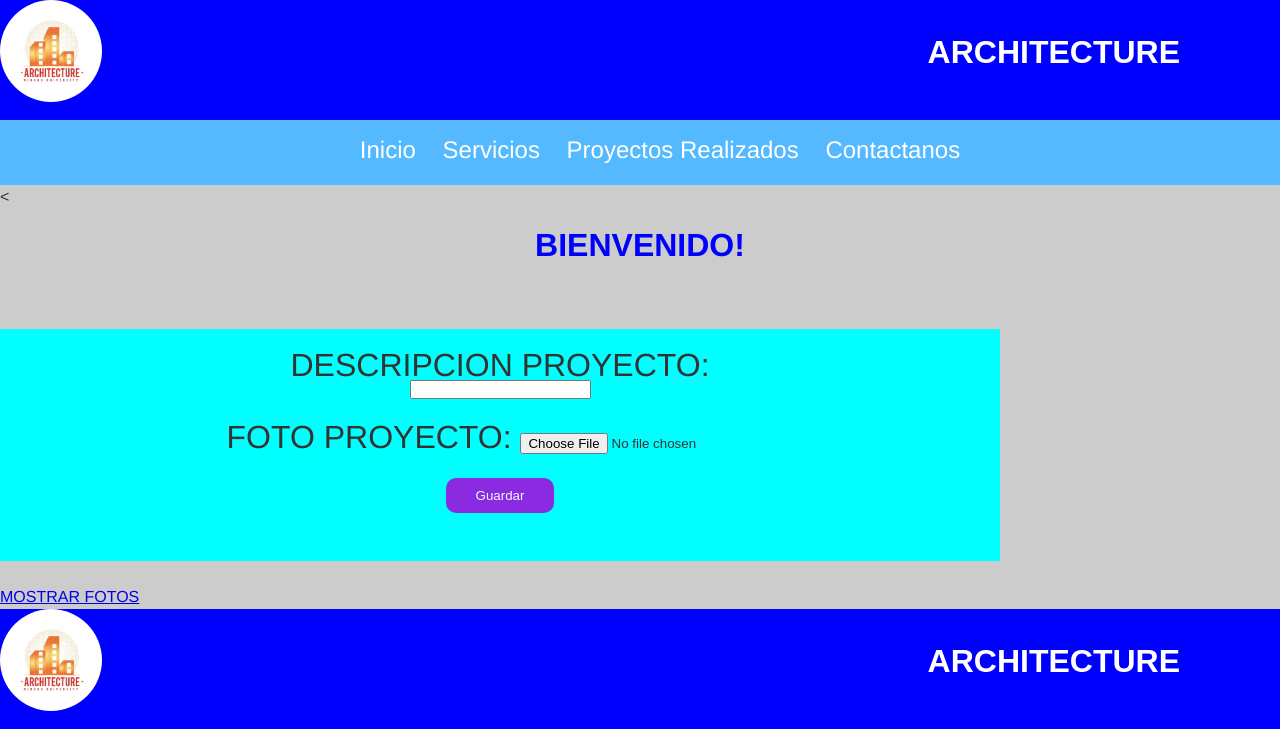
Repository: gabrielestrella18/htdocs
Page: http://localhost/arquitectos/control.php
The author's editor kept a copy of each file at every save. The page is drawn from the files as they stood at one save, then again after the next save.
The browser window is 1280 px wide. The pictures show the whole page.
The page is run by PHP 8.4 with error messages shown; the project is at /var/www/html/.

Above is the page before, as saved 2023-12-11 00:48:24.

### arquitectos/control.php
<!DOCTYPE html>
<html lang="en">
  <head>
    <title></title>
    <meta charset="UTF-8">
    <meta name="viewport" content="width=device-width, initial-scale=1">
    <link href="estilo.css" rel="stylesheet">
  </head>
  <body>

<?php

include  "arriba.php"
?>

<?php
include "menu.php"
?>
<
<br><br>

<h5>BIENVENIDO!</h5>
<br><br><br>
<div class="ancho">
      <Form  id="form1" name="form1" method="post" action="recibir.php" enctype="multipart/form-data">

        <br>
        <P>DESCRIPCION PROYECTO: </P>
<div>
  <input type="text" name="descripcion" id="descripcion" required />
  <br><br>
</div>

<p>FOTO PROYECTO: <input type="file" name="imagen"/> </p>
<br>

<div>
<button type="submit" name="guardato" id="guardato">Guardar</button>

</div>

<br><br>

      </Form>
      </div>
      <br>
<div class="alinear" >
  <a href="mostrar-solo-datos.php" id="mostrar">MOSTRAR FOTOS</a>
</div>


    </div>


<?php
include "abajo.php"
?>


  </body>
</html>

### arquitectos/arriba.php
<div class="azul">
  <img  class="lg"src="imagenes/arch.jpg" alt="">

  <h1>ARCHITECTURE</h1>
</div>

### arquitectos/menu.php
<div class="menu">
<div class="menuOpciones">
            <a href="index.php">Inicio</a>
            <a href="servicios.php">Servicios</a>
            <a href="proyectos.php">Proyectos Realizados</a>
            <a href="contactos.php">Contactanos</a>
            </div>

</div>

### arquitectos/abajo.php

<div class="azul">
  <img  class="lg"src="imagenes/arch.jpg" alt="">

  <h1>ARCHITECTURE</h1>
</div>

### arquitectos/estilo.css
* {
    box-sizing: border-box;
    margin: 0;
    padding: 0;
}

body {
    font-family: helvetica;
    font-size: 16px;
    line-height: 24px;
    color: #333;
    background-color: #cccccc;
    max-width: 1400px;
}

.azul {
    background-color: blue;
    padding-bottom: 120px;
}

.lg {
    float: left;
    width: 8%;
    height: 8%;
    border-radius: 80px;
}

h1 {
    color: white;
    float: right;
    font-family: sans-serif;
    text-align: end;
    padding-top: 40px;
    padding-right: 100px;
}

.menu {
    border: 1px #54b9ff solid;
    background-color: #54b9ff;
    height: 65px;
}

.menuOpciones {
    padding-top: 12px;
    text-align: center;
    margin-top: 5px;
    padding-left: 40px;
    font-size: x-large;
}

.menuOpciones a {
    text-decoration: none;
    color: white;
    padding: 10px;
}

.menuOpciones a:hover {
    color: #373b39;
    background-color: #0afc83;
    padding-top: 16px;
    padding-bottom: 21px;
}

.contenedor_fondo {
    width: 1350px;
    height: 600px;
    margin: auto;
    background-image: url(imagenes/fondoarq.jpg);
    background-repeat: no-repeat;
    background-size: cover;
}

.textofoto {
    color: rgb(7, 2, 2);
    margin: auto;
    text-align: center;
    line-height: 35px;
    padding-top: 200px;
    font-size: x-large;
}

.video {
    text-align: center;
    background-color: #373b39;
    border-radius: 100px;
    width: 700px;
    margin: auto;
    padding-top: 40px;
    padding-bottom: 40px;
}

.botoncito {
    text-align: center;
}

.boton1 {
    color: #ece80f;
    background-color: #ce1111;
    padding-top: 20px;
    padding-bottom: 20px;
    padding-left: 10px;
    padding-right: 10px;
    border-radius: 20px;
    text-decoration: none;
}

h3 {
    text-align: center;
}

.serv {
    background-color: #ece80f;
    padding-top: 20px;
    padding-bottom: 20px;
    padding-left: 10px;
    padding-right: 10px;
    border-radius: 20px;
}

.ser {
    padding-left: 450px;
    padding-right: 450px;
}

p {
    font-weight: 400px;
    font-size: xx-large;
}

.text {
    text-align: center;
}

.caja1 {
    float: left;
    padding-left: 150px;
    padding-top: 60px;
}

.caja2 {
    float: right
}

.plan {
    width: 70%;
    height: 70%;
}

.rojo {
    color: rgb(255, 0, 0);
    font-weight: 800;
}

.text {
    color: black;
    font-size: large;
}

.caja3 {
    float: right;
    padding-right: 200px;
    padding-top: 120px;
}

.caja4 {
    float: left;
}

.co {
    padding-left: 100px;
    width: 600px;
    height: 320px;
}

.caja5 {
    float: left;
    padding-left: 150px;
    padding-top: 60px;
}

.caja6 {
    float: right;
    padding-right: 200px;
}

.re {
    width: 450px;
    height: 300px;
}

.display {
    display: inline-block;
    width: 1350px;
}

.mira {
    text-align: center;
    display: inline-block;
    width: 700px;
}

.ubica {
    display: inline-block;
    width: 600px;
    text-align: center;
    padding-left: 150px;
}

.ubi {
    width: 600px;
    height: 300px;
}

.boton2 {
    color: #ece80f;
    background-color: #ce1111;
    padding-top: 20px;
    padding-bottom: 20px;
    padding-left: 10px;
    padding-right: 10px;
    border-radius: 20px;
    text-decoration: none;
}

.rapi {
    color: rgb(243, 243, 248);
    font-family: 'Franklin Gothic Medium';
    font-size: large;
    background-color: rgb(68, 67, 66);
    border-radius: 20px;
    padding-top: 10px;
    padding-bottom: 10px;
    display: inline-block;
    padding-left: 10px;
    padding-right: 10px;
}

.cuadrado {
    border: 4px #eaeaea solid;
    background-color: #eaeaea;
    padding: 6px 50px;
}

.campos {
    border-radius: 20px;
    border: 1px #999 solid;
    padding: 7px;
    width: 400px;
    /* para que se separen */
    margin-left: 20px;
}

.boton3 {
    padding: 5px 10px;
    margin-left: 35px;
    color: #f0dbdb;
    background-color: #ff5454;
    border-radius: 20px;
    padding-top: 18px;
    padding-bottom: 18px;
    padding-left: 20px;
    padding-right: 20px;
}

.boton3:hover {
    background-color: #38065a;
    color: white;
}

.boton4 {
    padding: 5px 10px;
    background-color: aqua;
    border-radius: 20px;
    padding-top: 18px;
    padding-bottom: 18px;
    padding-left: 20px;
    padding-right: 20px;
}

.boton4:hover {
    background-color: #aaff0b;
    color: white;
}

.centro {
    text-align: center;
}

.contenedor2 {
    width: 1350px;
    height: 700px;
    margin: auto;
    background-image: url(imagenes/muchos.gif);
    background-repeat: no-repeat;
    background-size: cover;
}

h4 {
    color: blue;
    text-align: center;
    font-size: xx-large;
}

.admi {
    text-align: center;
}

.ad {
    color: white;
    background-color: rgb(46, 42, 42);
    border-radius: 20px;
    padding-top: 10px;
    padding-bottom: 10px;
    padding-left: 10px;
    padding-right: 10px;
}

h5 {
    color: blue;
    text-align: center;
    font-size: xx-large;
}

#proy {
    color: white;
    background-color: rgb(5, 5, 48);
    border-radius: 20px;
    padding-top: 10px;
    padding-bottom: 10px;
    padding-left: 10px;
    padding-right: 10px;
    text-decoration: none;
}

.alin {
    display: inline-block;
    width: 600px;
    text-align: center;
}

.lateral {
    display: inline-block;
    width: 1300px;
}

.mueble {
    display: inline-block;
    width: 600px;
}

.mueb {
    width: 70%;
    height: 90%;
}

.ancho {
    width: 1000px;
    background-color: aqua;
}

#form1 {
    text-align: center;
}

#guardato {
    background-color: blueviolet;
    color: aliceblue;
    border: 0;
    padding: 10px 30px;
    border-radius: 10px;
}

After the next save:
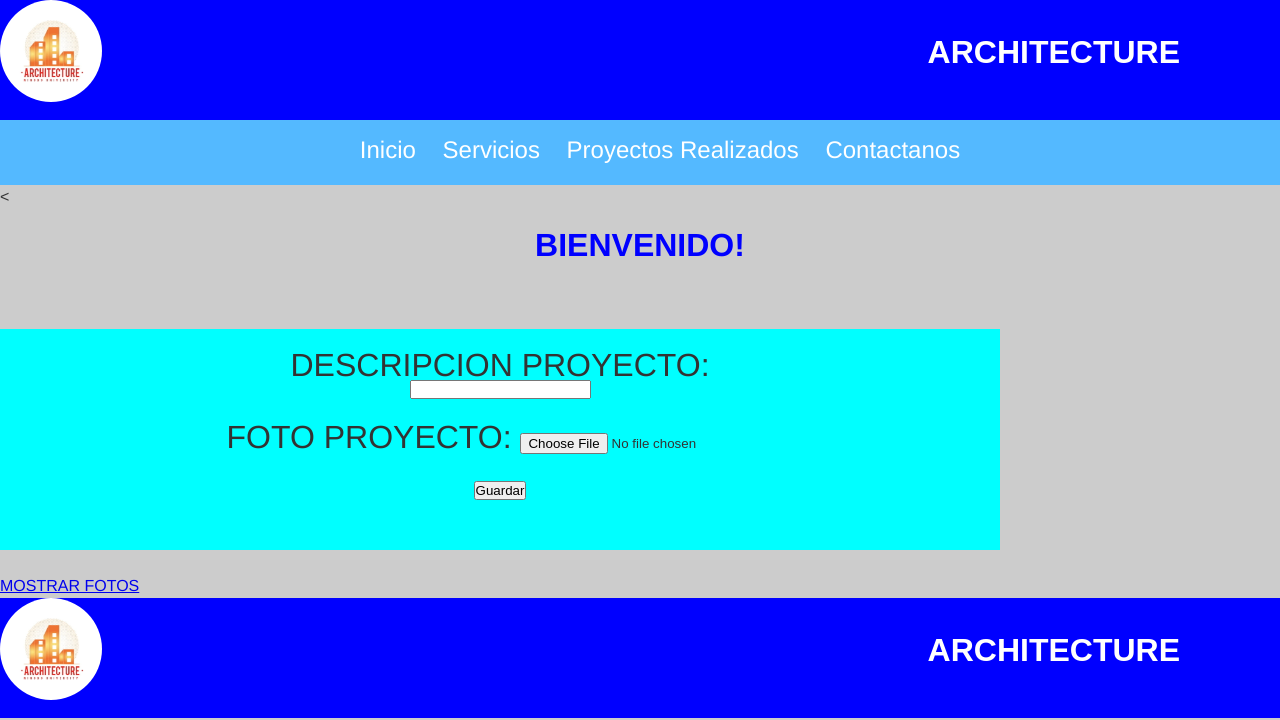
Saved 7 min 21 s later.
--- a/arquitectos/estilo.css
+++ b/arquitectos/estilo.css
@@ -362,7 +362,7 @@ h5 {
     text-align: center;
 }
 
-#guardato {
+#guardarfoto {
     background-color: blueviolet;
     color: aliceblue;
     border: 0;

After the save that followed:
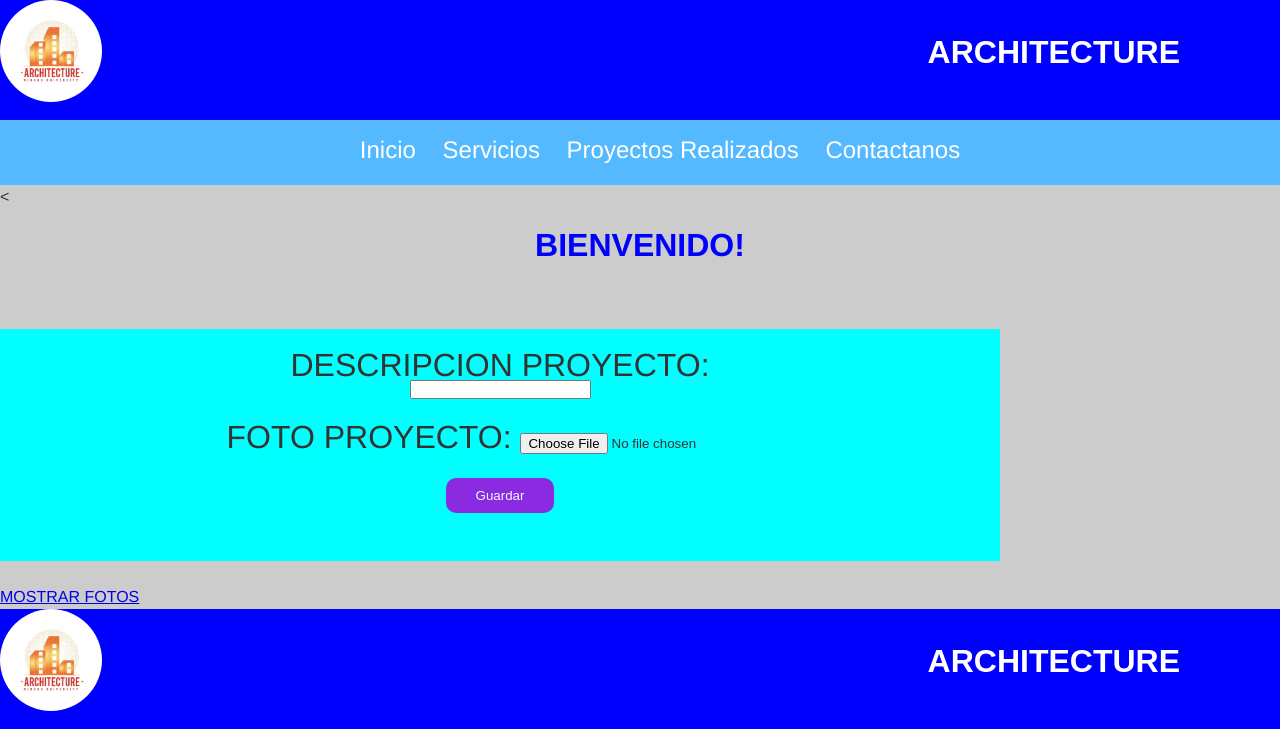
Saved 8 s later.
--- a/arquitectos/control.php
+++ b/arquitectos/control.php
@@ -35,7 +35,7 @@ include "menu.php"
 <br>
 
 <div>
-<button type="submit" name="guardato" id="guardato">Guardar</button>
+<button type="submit" name="guardarfoto" id="guardarfoto">Guardar</button>
 
 </div>
 
